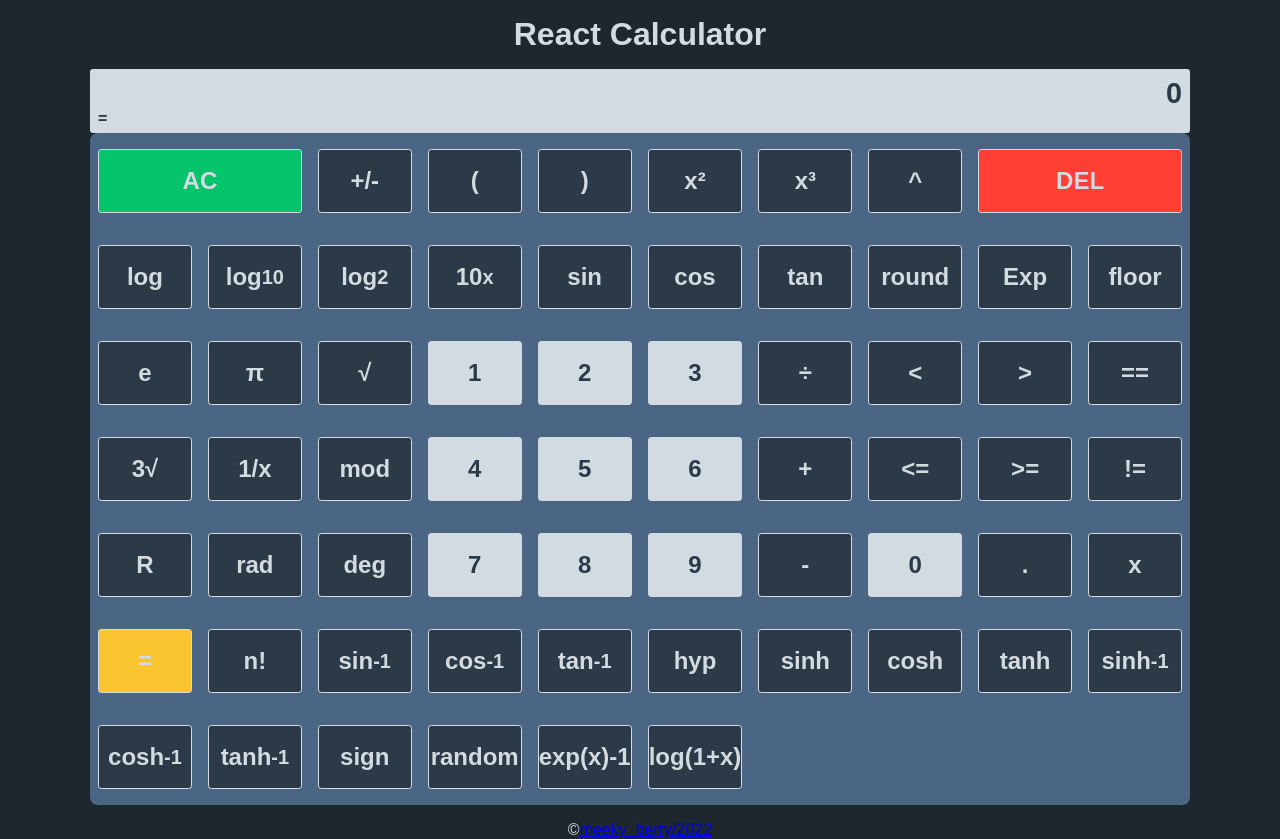
Repository: MikkyPrestige/calculator
Page: /
These files come from the project's save history. The page is drawn as it stood at one moment and after the next save; the edit follows.
The browser window is 1280 px wide. The pictures show the whole page.
The project was rebuilt for these pictures with package versions that can differ from the ones it lists, and the page was loaded fresh each time.

Above is the page before, as saved 2022-11-17 22:48:52.

After the next save:
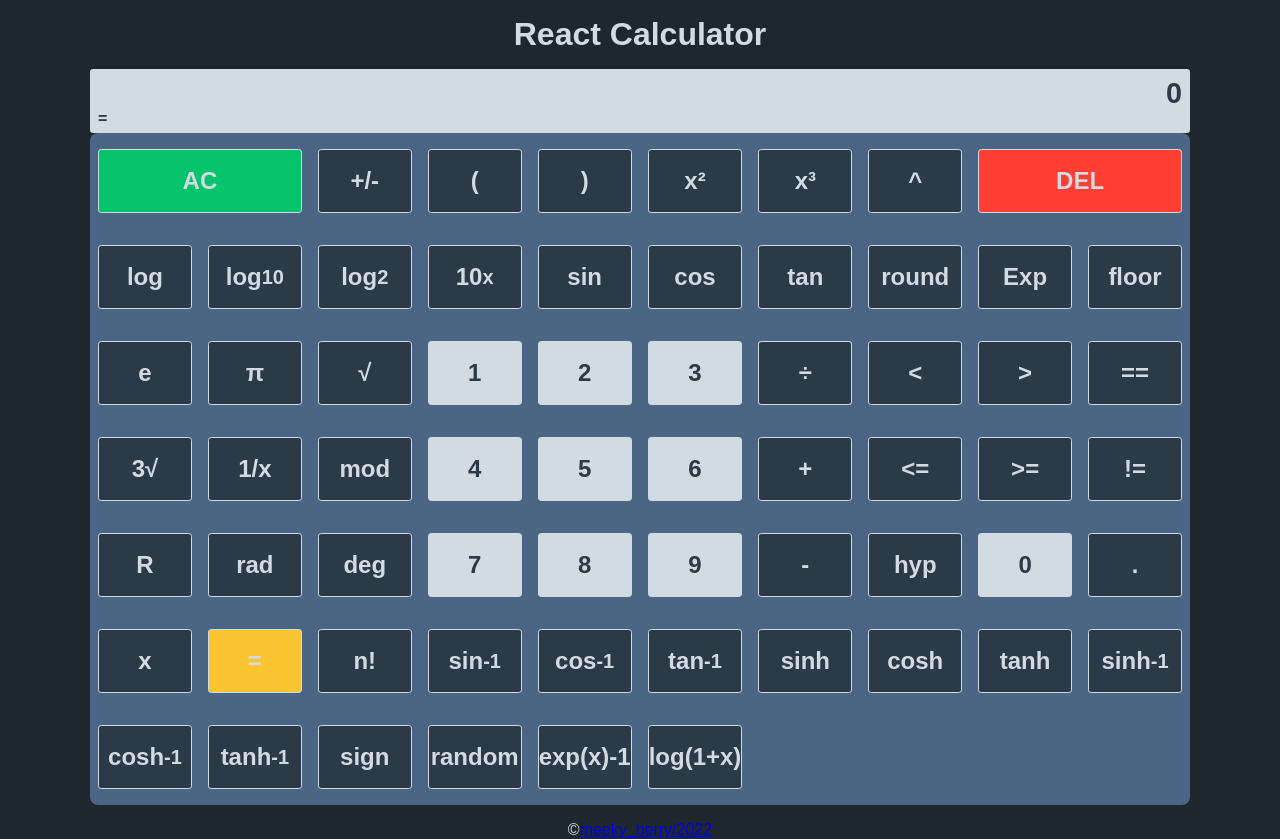
Saved 35 s later.
--- a/src/index.css
+++ b/src/index.css
@@ -233,6 +233,11 @@ body {
   grid-column: 7 / 8;
   grid-row: 5 / 6;
 }
+
+.hyp {
+  grid-column: 8 / 9;
+  grid-row: 5 / 6;
+}
 .cube {
  /* grid-row: 3; */
 }
